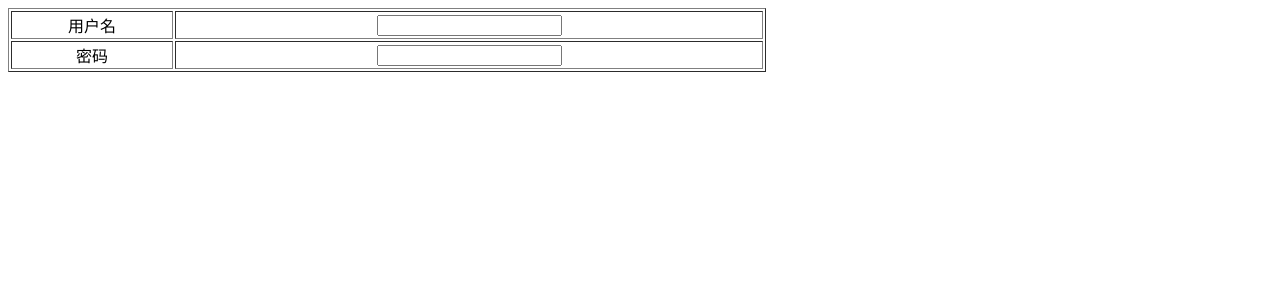
Repository: frankstar007/java
Page: http://localhost/WebMVCFrameWork/RegisterUIServlet
An editor plug-in stored every save of this project. The page is shown before and after the next save, followed by the edit.
The browser window is 1280 px wide. The pictures show the whole page.
The page is served by Tomcat 9. Other server files are loaded and not shown.

Above is the page before, as saved 2016-05-04 12:56:50.

### WebMVCFrameWork/WebContent/WEB-INF/pages/register.jsp
<%@ page language="java" contentType="text/html; charset=UTF-8"
    pageEncoding="UTF-8"%>
<!DOCTYPE html PUBLIC "-//W3C//DTD HTML 4.01 Transitional//EN" "http://www.w3.org/TR/html4/loose.dtd">
<html>
<head>
<meta http-equiv="Content-Type" content="text/html; charset=UTF-8">
<title>用户注册</title>
</head>
<body style="text-align:center;">
	<form action="${pageContext.request.contextPath }/servlet/RegisterServlet" method="post">
		<table width="60%" border="1">
			<tr>
			<td>用户名</td>
			<td>
				<input type="text" name="userName">
			</td>
			</tr>
			<tr>
			<td>密码</td>
			<td>
				<input type="password" name="userPwd">
			</td>
		</table>

	</form>

</body>
</html>

### WebMVCFrameWork/src/me/frankstar/web/UI/RegisterUIServlet.java
package me.frankstar.web.UI;

import java.io.IOException;
import javax.servlet.ServletException;
import javax.servlet.annotation.WebServlet;
import javax.servlet.http.HttpServlet;
import javax.servlet.http.HttpServletRequest;
import javax.servlet.http.HttpServletResponse;
import javax.servlet.jsp.PageContext;

/**
 * Servlet implementation class RegisterUIServlet
 */
@WebServlet("/RegisterUIServlet")
public class RegisterUIServlet extends HttpServlet {
	private static final long serialVersionUID = 1L;

    /** 为用户提供注册的界面Servlet
     * RegisterUIServlet负责为用户输出注册界面
     * 当用户访问该Servlet就会跳转到register.jsp
     * @see HttpServlet#HttpServlet()
     */
    public RegisterUIServlet() {
        super();
        // TODO Auto-generated constructor stub
    }

	/**
	 * @see HttpServlet#doGet(HttpServletRequest request, HttpServletResponse response)
	 */
	protected void doGet(HttpServletRequest request, HttpServletResponse response) throws ServletException, IOException {
		// TODO Auto-generated method stub
		request.getRequestDispatcher("/WEB-INF/pages/register.jsp").forward(request, response);
		//System.out.println(request.getContextPath());
	}

	/**
	 * @see HttpServlet#doPost(HttpServletRequest request, HttpServletResponse response)
	 */
	protected void doPost(HttpServletRequest request, HttpServletResponse response) throws ServletException, IOException {
		// TODO Auto-generated method stub
		doGet(request, response);
	}

}

After the next save:
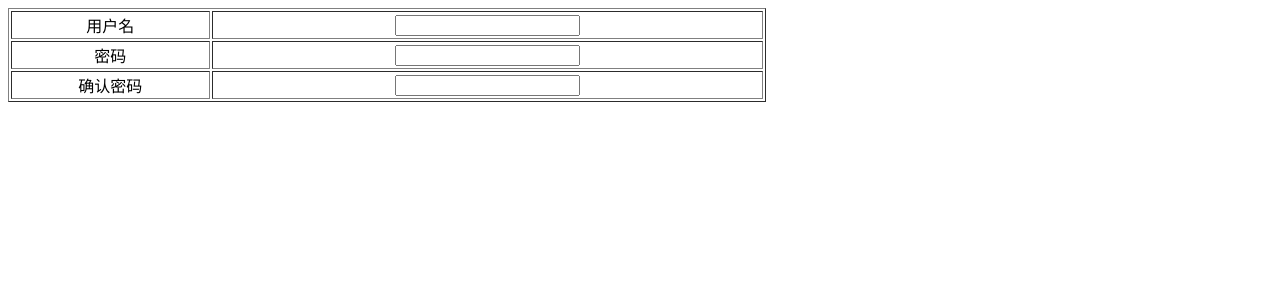
Saved 42 s later.
--- a/WebMVCFrameWork/WebContent/WEB-INF/pages/register.jsp
+++ b/WebMVCFrameWork/WebContent/WEB-INF/pages/register.jsp
@@ -20,6 +20,10 @@
 			<td>
 				<input type="password" name="userPwd">
 			</td>
+			<tr>
+				<td>确认密码</td>
+				<td>
+				<input type="password" name="confirmPwd">
 		</table>
 
 	</form>
